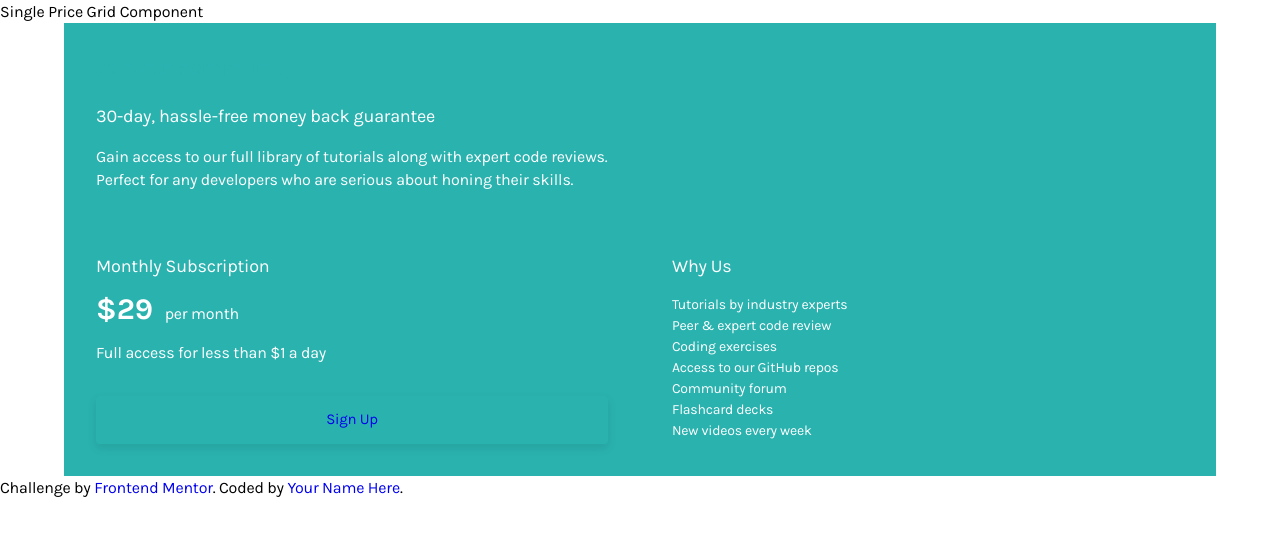
Repository: bangjuyoung/bangjuyoung
Page: practice/frontend-mentor/single-price-grid-component/index.html
The author's editor kept a copy of each file at every save. The page is drawn from the files as they stood at one save, then again after the next save.
The browser window is 1280 px wide. The pictures show the whole page.

Above is the page before, as saved 2019-06-16 14:20:51.

After the next save:
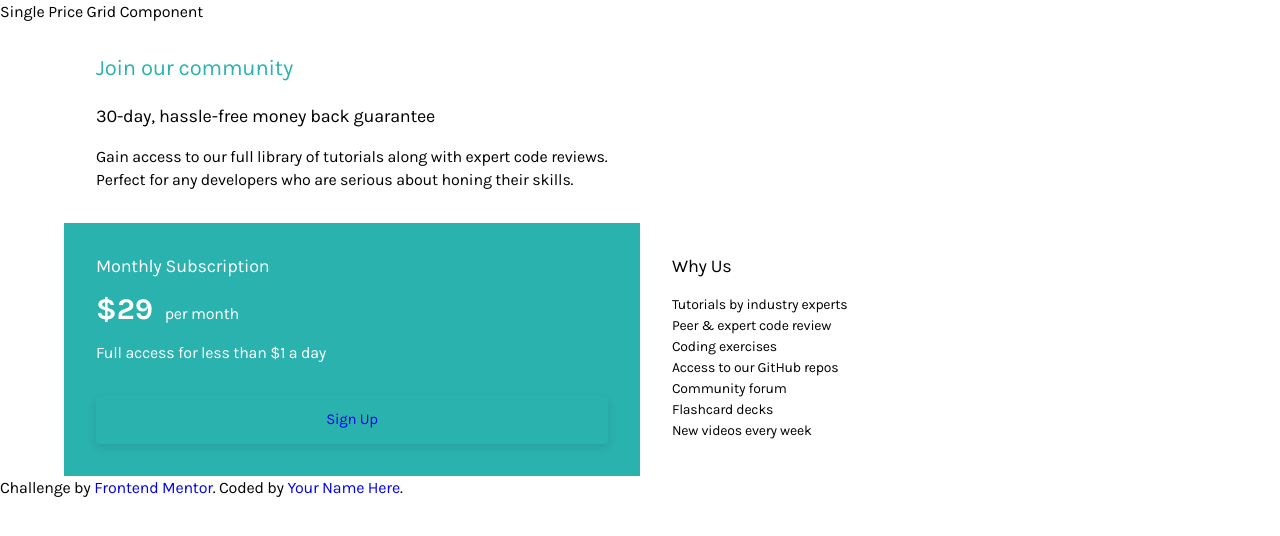
Saved 14 s later.
--- a/practice/frontend-mentor/single-price-grid-component/index.html
+++ b/practice/frontend-mentor/single-price-grid-component/index.html
@@ -14,7 +14,7 @@
 <body>
   <main role="main">
     <h1>Single Price Grid Component</h1>
-    <article class="theme-primary single-price__wrapper">
+    <article class="single-price__wrapper">
 
       <div class="single-price__primary">
         <section class="single-price single-price1">
